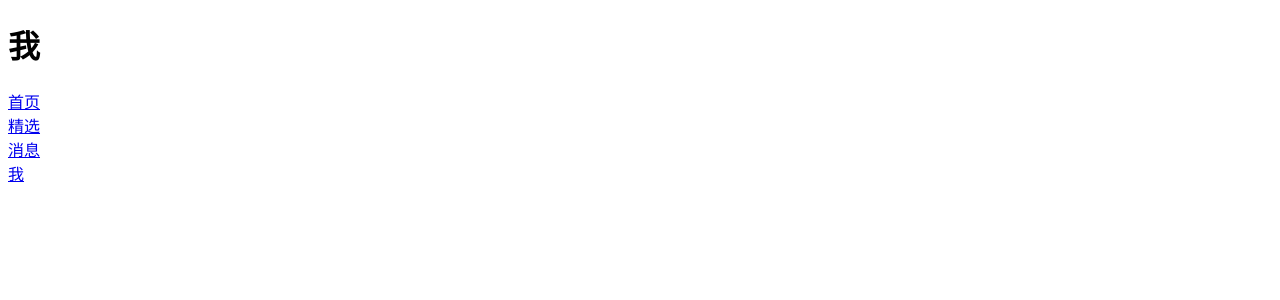
Repository: Heqiong129/Kwai
Page: /#/about
The author's editor kept a copy of each file at every save. The page is drawn from the files as they stood at one save, then again after the next save.
The browser window is 1280 px wide. The pictures show the whole page.
The project was rebuilt for these pictures with package versions that can differ from the ones it lists, and the page was loaded fresh each time. Also part of the build but not shown: vue.config.js, src/components/HelloWorld.vue, src/views/HomeView.vue.

Above is the page before, as saved 2022-07-04 11:14:13.

After the next save:
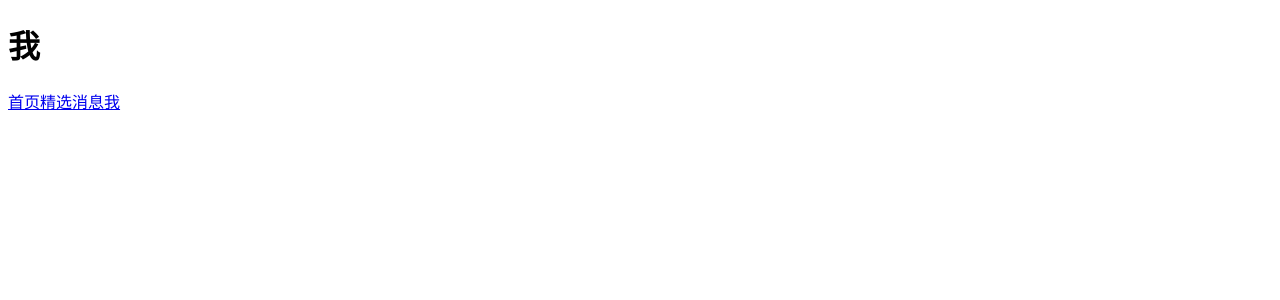
Saved 51 s later.
--- a/src/App.vue
+++ b/src/App.vue
@@ -1,18 +1,18 @@
 <template>
-  <div>
+  <div class="navigationBar">
     <router-view />
-    <div>
+    <span>
       <router-link to="/">首页</router-link>
-    </div>
-    <div>
+    </span>
+    <span>
       <router-link to="/about">精选</router-link>
-    </div>
-    <div>
+    </span>
+    <span>
       <router-link to="/">消息</router-link>
-    </div>
-    <div>
+    </span>
+    <span>
       <router-link to="/about">我</router-link>
-    </div>
+    </span>
   </div>
 </template>
 
